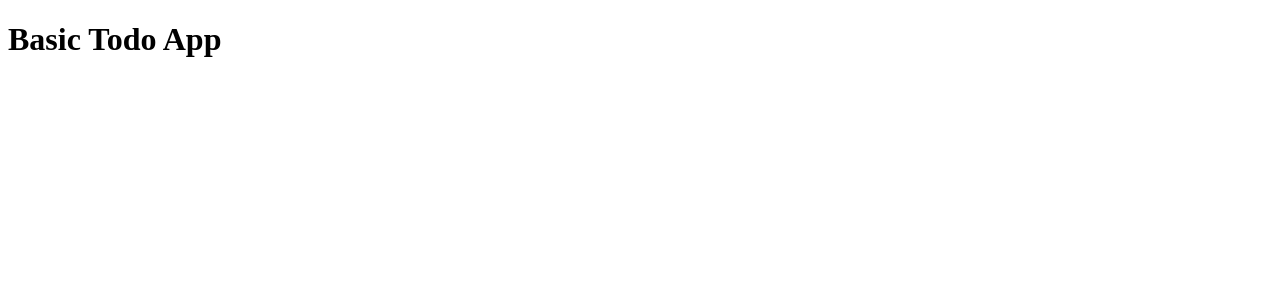
Repository: Kayla-amr/dgm_3760
Page: todoTemplate-W2/index.html
An editor plug-in stored every save of this project. The page is shown before and after a run of saves, followed by the edit.
The browser window is 1280 px wide. The pictures show the whole page.

Above is the page before, as saved 2022-10-05 13:33:01.

After the next 5 saves:
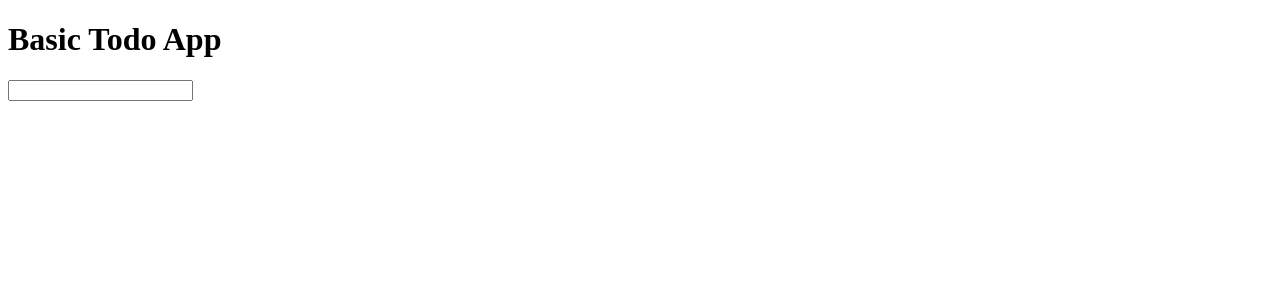
The 5 saves are shown as one change because they came seconds apart.
The last was saved 11 s later.
--- a/todoTemplate-W2/src/index.js
+++ b/todoTemplate-W2/src/index.js
@@ -43,3 +43,4 @@ newTask.textContent = 'New task'
 
 
 myApp.appendChild(appTitle);
+myApp.appendChild(newTask)
